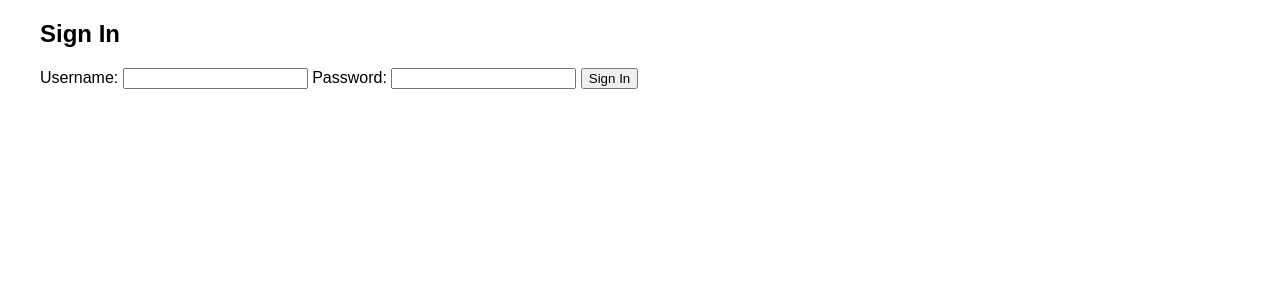
Repository: Ibrahim-Abohola/BookStore
Page: signin.html
The author's editor kept a copy of each file at every save. The page is drawn from the files as they stood at one save, then again after the next save.
The browser window is 1280 px wide. The pictures show the whole page.

Above is the page before, as saved 2025-07-15 20:35:38.

### signin.html
<!DOCTYPE html>
<html lang="en">
    <head>
    <meta charset="UTF-8">
    <meta name="viewport" content="width=device-width, initial-scale=1.0">
    <link rel="stylesheet" href="styles.css">
    <title>Sign In</title>
    </head>
    <body>
        <div class="container">
            <h2>Sign In</h2>
        <form action="#">
            <label for="username">Username:</label>
            <input type="text" id="username" name="username" required>
            <label for="password">Password:</label>
            <input type="password" id="password" name="password" required>
            <button type="submit">Sign In</button>
        </form>
        </div>
    </body>
</html>

### styles.css

body {
  font-family: sans-serif;
  margin: 0;
  padding: 0;
}
 .container {
            max-width: 1200px;
            margin: 0 auto;
            padding: 0 20px;
        }

        nav {
            background: rgba(255, 255, 255, 0.95);
            backdrop-filter: blur(10px);
            padding: 1rem 0;
            position: fixed;
            width: 100%;
            top: 0;
            z-index: 1000;
            box-shadow: 0 2px 20px rgba(0, 0, 0, 0.1);
        }

        nav .container {
            display: flex;
            justify-content: space-between;
            align-items: center;
        }

nav ul {
  display: flex;
  list-style: none;
  background: #333;
  padding: 10px;
}
nav ul li a {
  color: white;
  margin: 0 10px;
  text-decoration: none;
}
.hero {
  background: url('images/banner.jpg') center/cover;
  color: white;
  padding: 40px;
  text-align: center;
}
  .highlights {
            padding: 4rem 0;
            background: rgba(255, 255, 255, 0.95);
        }

        .highlights h2 {
            text-align: center;
            margin-bottom: 3rem;
            color: #764ba2;
            font-size: 2.5rem;
        }

        .highlight-grid {
            display: grid;
            grid-template-columns: repeat(auto-fit, minmax(300px, 1fr));
            gap: 2rem;
        }

        .highlight-card {
            background: white;
            padding: 2rem;
            border-radius: 15px;
            box-shadow: 0 10px 30px rgba(0, 0, 0, 0.1);
            transition: transform 0.3s ease;
        }

        .highlight-card:hover {
            transform: translateY(-5px);
        }

        .highlight-card h3 {
            color: #764ba2;
            margin-bottom: 1rem;
        }
.catalog {
  display: flex;
  flex-wrap: wrap;
  gap: 20px;
  padding: 20px;
}
  .catalog-header {
            padding: 2rem 0;
            background: rgba(255, 255, 255, 0.95);
            text-align: center;
        }

        .catalog-header h1 {
            color: #764ba2;
            font-size: 2.5rem;
            margin-bottom: 1rem;
        }

        .books-grid {
            display: grid;
            grid-template-columns: repeat(auto-fit, minmax(300px, 1fr));
            gap: 2rem;
            padding: 2rem 0;
        }

        .book-card {
            background: rgba(255, 255, 255, 0.95);
            border-radius: 15px;
            overflow: hidden;
            box-shadow: 0 10px 30px rgba(0, 0, 0, 0.1);
            transition: transform 0.3s ease;
        }

        .book-card:hover {
            transform: translateY(-5px);
        }

        .book-cover {
            width: 100%;
            height: 300px;
            background: linear-gradient(135deg, #667eea, #764ba2);
            display: flex;
            align-items: center;
            justify-content: center;
            color: white;
            font-size: 1.2rem;
            font-weight: bold;
        }

        .book-info {
            padding: 1.5rem;
        }

        .book-title {
            font-size: 1.3rem;
            font-weight: bold;
            margin-bottom: 0.5rem;
            color: #333;
        }

        .book-author {
            color: #666;
            margin-bottom: 0.5rem;
        }

        .book-genre {
            background: #764ba2;
            color: white;
            padding: 0.3rem 0.8rem;
            border-radius: 20px;
            font-size: 0.9rem;
            display: inline-block;
            margin-bottom: 1rem;
        }

        .availability {
            font-weight: bold;
            margin-bottom: 1rem;
        }

        .available {
            color: #28a745;
        }

        .unavailable {
            color: #dc3545;
        }
         .purchase-btn {
            width: 100%;
            padding: 0.8rem;
            background: linear-gradient(135deg, #667eea, #764ba2);
            color: white;
            border: none;
            border-radius: 10px;
            font-weight: 600;
            cursor: pointer;
            transition: transform 0.3s ease;
        }

        .purchase-btn:hover {
            transform: translateY(-2px);
        }

        .purchase-btn:disabled {
            background: #ccc;
            cursor: not-allowed;
            transform: none;
        }
 .purchase-container {
            padding: 2rem 0;
            min-height: calc(100vh - 80px);
        }

        .purchase-content {
            display: grid;
            grid-template-columns: 1fr 1fr;
            gap: 3rem;
            max-width: 1000px;
            margin: 0 auto;
        }

        .book-details {
            background: rgba(255, 255, 255, 0.95);
            padding: 2rem;
            border-radius: 15px;
            box-shadow: 0 10px 30px rgba(0, 0, 0, 0.1);
        }

        .purchase-form-container {
            background: rgba(255, 255, 255, 0.95);
            padding: 2rem;
            border-radius: 15px;
            box-shadow: 0 10px 30px rgba(0, 0, 0, 0.1);
        }

        .purchase-form h2 {
            color: #764ba2;
            margin-bottom: 1.5rem;
        }

        .price {
            font-size: 1.5rem;
            font-weight: bold;
            color: #764ba2;
            margin: 1rem 0;
        }

.book {
  border: 1px solid #ccc;
  padding: 10px;
  width: calc(33.333% - 40px);
}
footer {
  margin-top: 40px;
  padding: 10px;
  background: #f1f1f1;
  text-align: center;
}

After the next save:
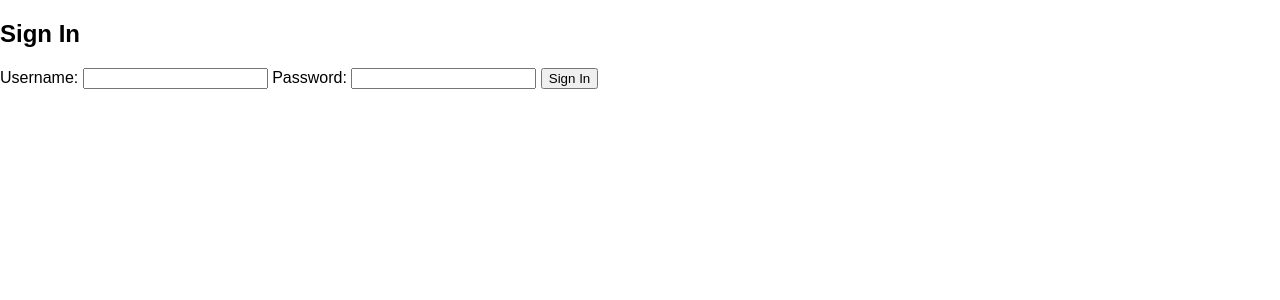
Saved 110 s later.
--- a/signin.html
+++ b/signin.html
@@ -7,7 +7,7 @@
     <title>Sign In</title>
     </head>
     <body>
-        <div class="container">
+        <div class="signcontainer">
             <h2>Sign In</h2>
         <form action="#">
             <label for="username">Username:</label>
